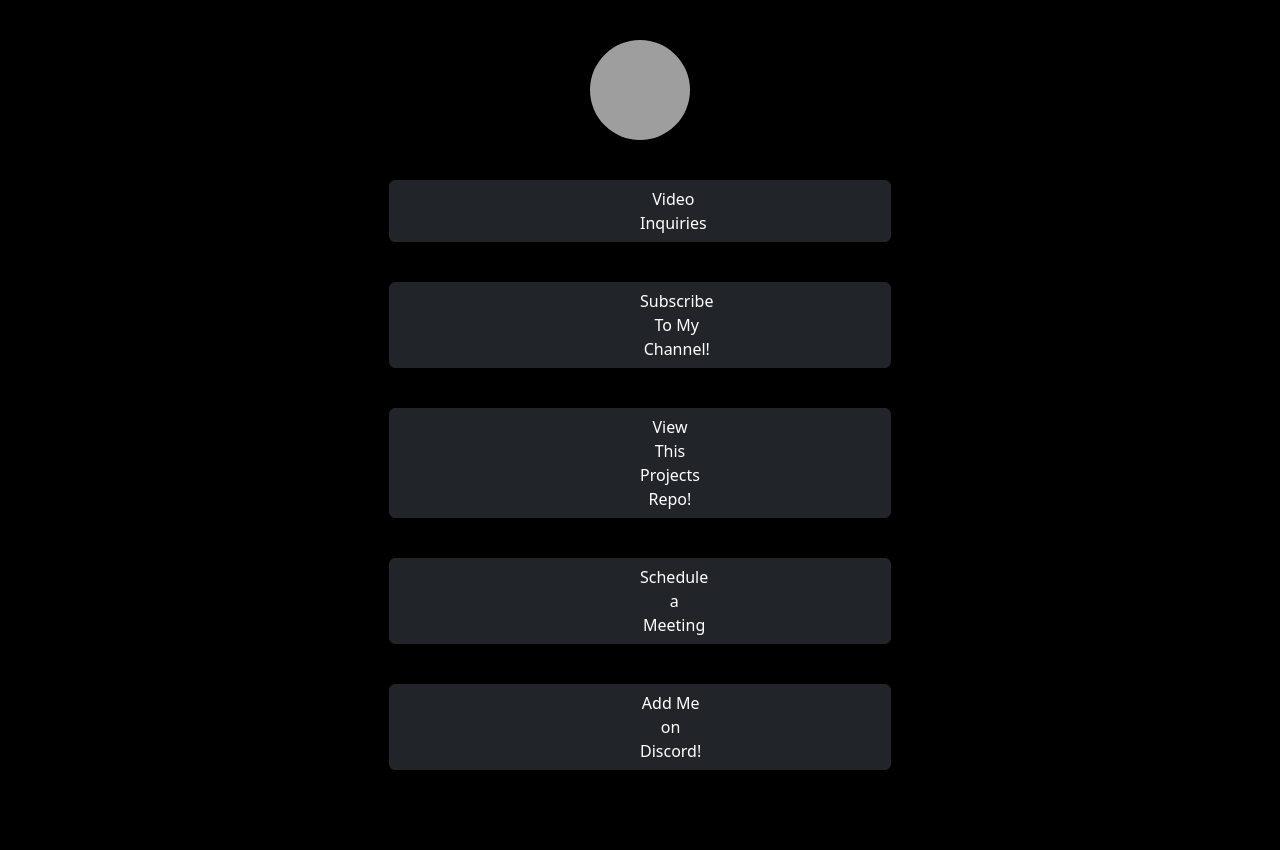
Repository: noahcallen/LAB-link-in-bio
Page: index.html
The author's editor kept a copy of each file at every save. The page is drawn from the files as they stood at one save, then again after the next save.
The browser window is 1280 px wide. The pictures show the whole page.
Pictures or frames that could not be fetched are drawn as grey boxes.

Above is the page before, as saved 2024-07-13 13:15:44.

After the next save:
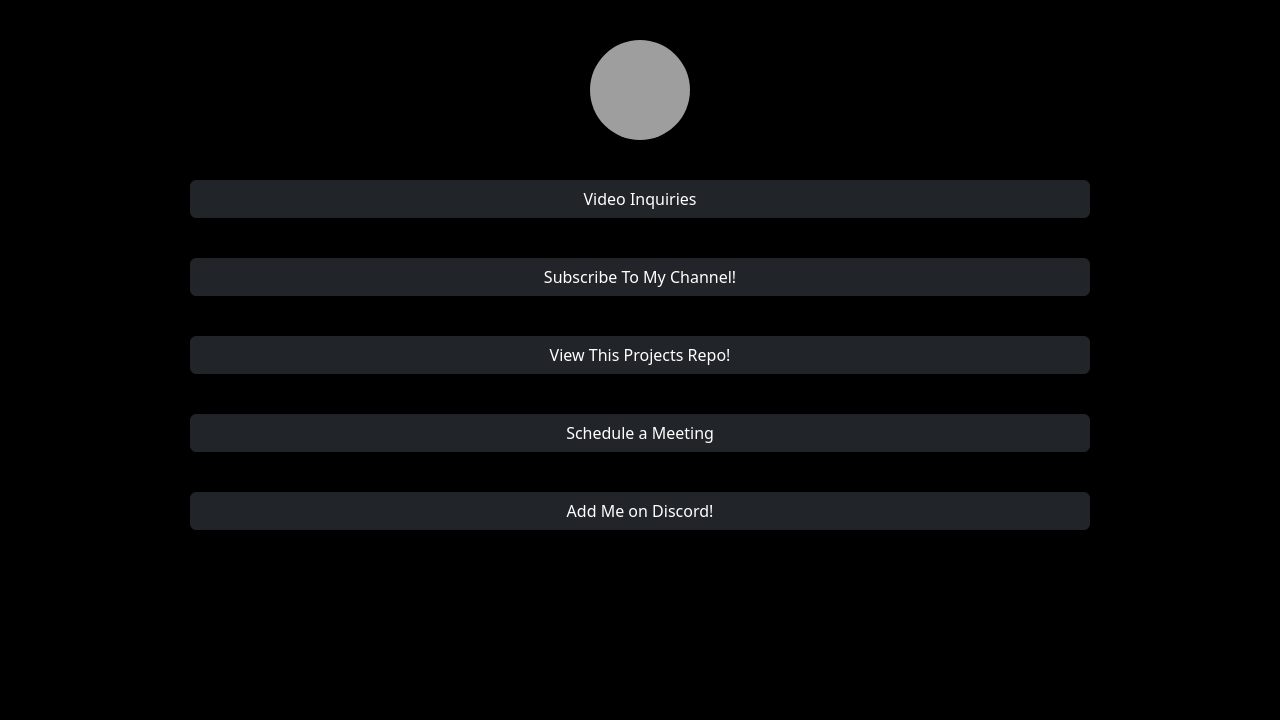
Saved 13 s later.
--- a/main.css
+++ b/main.css
@@ -21,5 +21,5 @@ body {
   margin: 40px;
   padding-left: 250px;
   padding-right: 250px;
-  width: 500px;
+  width: 900px;
 }
